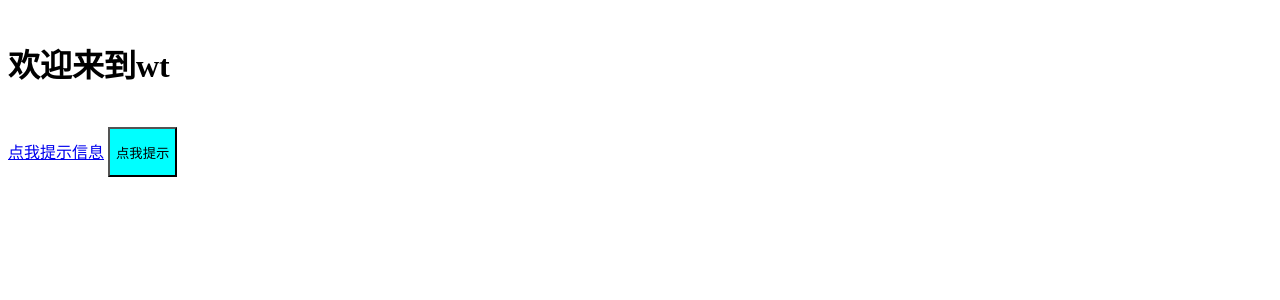
Repository: reggiepy/vueLeaning
Page: 07 事件处理/2 事件修饰符.html
These files come from the project's save history. The page is drawn as it stood at one moment and after the next save; the edit follows.
The browser window is 1280 px wide. The pictures show the whole page.

Above is the page before, as saved 2021-12-05 18:29:38.

### 07 事件处理/2 事件修饰符.html
<!DOCTYPE html>
<html lang="en">
<head>
    <meta charset="UTF-8">
    <meta http-equiv="X-UA-Compatible" content="IE=edge">
    <meta name="viewport" content="width=device-width, initial-scale=1.0">
    <title>事件修饰符</title>
    <script type="text/javascript" src="../js/vue.js"></script>
    <style>
        *{
            margin-top: 20px;
        }
        .demon1{
            height: 50px;
            background-color: aqua;
        }
    </style>
</head>
<body>
    <div id="root">
        <h1>欢迎来到{{name}}</h1>
        <a href="https://www.baidu.com" @click.prevent="showInfo">点我提示信息</a>
        <button @click="showInfo" class="demon1">点我提示</button>
    </div>
</body>
<script>
    Vue.config.productionTip = false;
    const vm = new Vue({
        el: "#root",
        data: {
            name: "wt"
       },
       methods: {
           showInfo(e){
            //    e.preventDefault()
            // e.stopPropagation()
               alert("同学你好！")
           }
       }
    })
</script>
</html>

Loaded but not shown: js/vue.js (library)

After the next save:
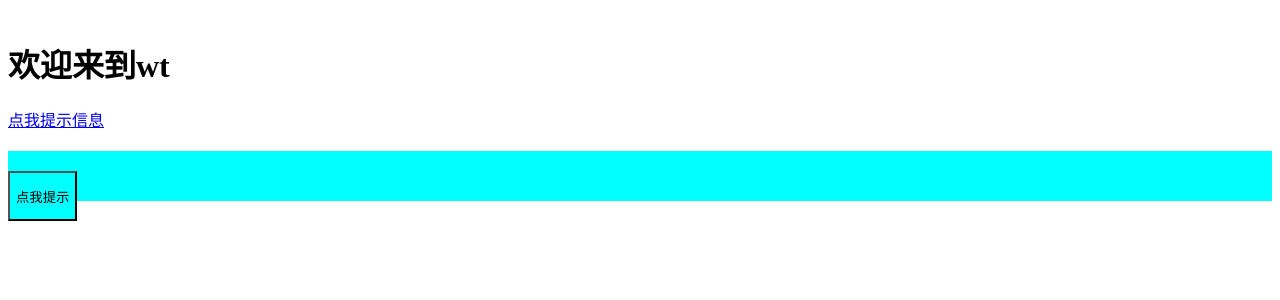
Saved 114 s later.
--- a/07 事件处理/2 事件修饰符.html
+++ b/07 事件处理/2 事件修饰符.html
@@ -20,7 +20,9 @@
     <div id="root">
         <h1>欢迎来到{{name}}</h1>
         <a href="https://www.baidu.com" @click.prevent="showInfo">点我提示信息</a>
-        <button @click="showInfo" class="demon1">点我提示</button>
+        <div class="demon1" @click="showInfo">
+            <button @click="showInfo" class="demon1">点我提示</button>
+        </div>
     </div>
 </body>
 <script>
